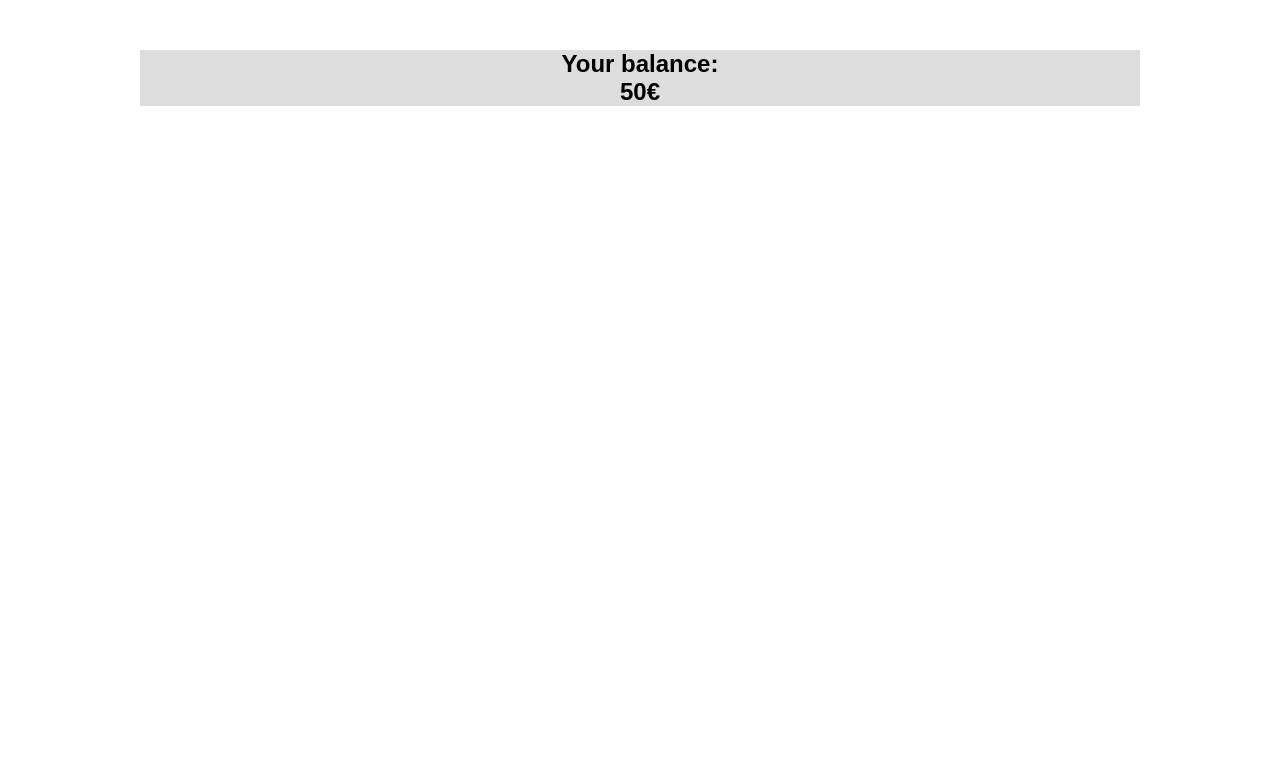
Repository: kcvijay/cart-discoutcodes
Page: /
An editor plug-in stored every save of this project. The page is shown before and after the next save, followed by the edit.
The browser window is 1280 px wide. The pictures show the whole page.
The project was rebuilt for these pictures with package versions that can differ from the ones it lists, and the page was loaded fresh each time.

Above is the page before, as saved 2023-05-17 11:24:01.

### public/index.html
<!DOCTYPE html>
<html lang="en">
  <head>
    <meta charset="utf-8" />
    <link rel="icon" href="%PUBLIC_URL%/favicon.ico" />
    <meta name="viewport" content="width=device-width, initial-scale=1" />
    <meta name="theme-color" content="#000000" />
    <meta
      name="description"
      content="Discount Codes searching, fetching and enabling for the cart system."
    />
    <link rel="apple-touch-icon" href="%PUBLIC_URL%/logo192.png" />
    <link rel="manifest" href="%PUBLIC_URL%/manifest.json" />
    <title>Discount Codes for Cart</title>
  </head>
  <body>
    <noscript>You need to enable JavaScript to run this app.</noscript>
    <div id="root"></div>

  </body>
</html>

### src/index.css
* {
  margin: 0;
  padding: 0;
  box-sizing: border-box;
  scroll-behavior: smooth;
}

body {
  max-width: 100vw;
  min-height: 100vh;
  font-family: Arial, Helvetica, sans-serif;
}

.main-wrapper {
  max-width: 1000px;
  min-height: auto;
  background-color: #ddd;
  margin: 50px auto;
}

### src/App.tsx
import React from "react";
import "./App.css";
import CartInput from "./CartInput";

function App() {
  return (
    <div className="App">
      <CartInput />
    </div>
  );
}

export default App;

### src/CartInput.tsx
import React from "react";

const CartInput = () => {
  return (
    <div className="main-wrapper">
      <div className="detail-block">
        <h2>Your balance:</h2>
        <h2>{"50€"}</h2>
      </div>
    </div>
  );
};

export default CartInput;

Loaded but not shown: src/index.tsx (common file); src/reportWebVitals.ts (common file); src/App.css (common file)

After the next save:
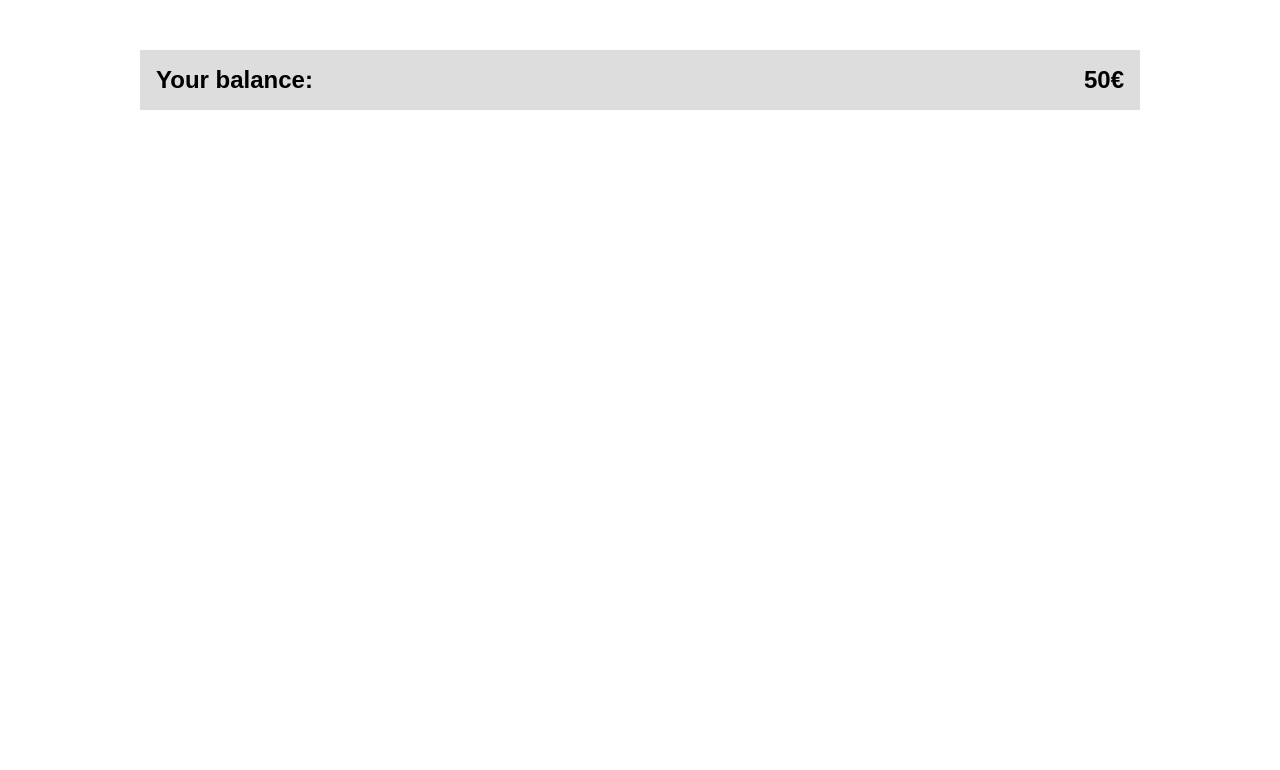
Saved 26 s later.
--- a/src/index.css
+++ b/src/index.css
@@ -17,3 +17,9 @@ body {
   background-color: #ddd;
   margin: 50px auto;
 }
+
+.detail-block {
+  display: flex;
+  justify-content: space-between;
+  padding: 1rem;
+}
